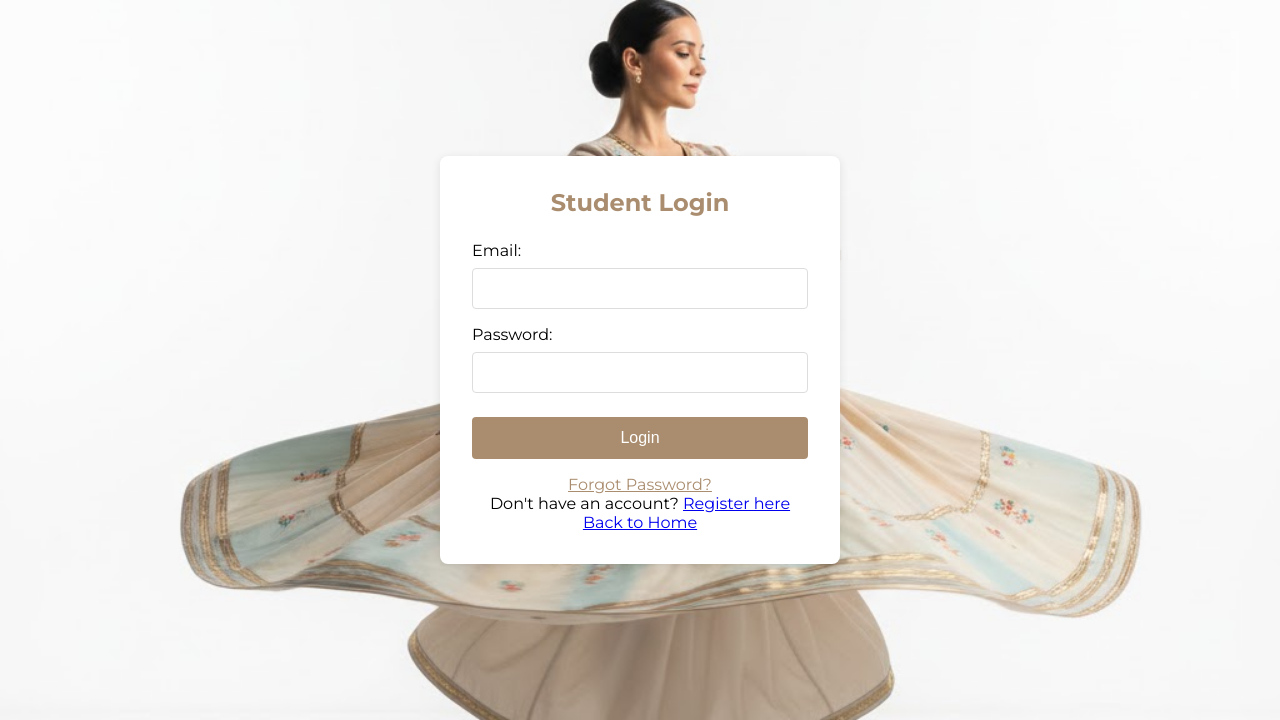
Repository: Priyadharshini-J-CSE/StepSync_Dance_Mangement_System
Page: /user-login (app in frontend/)
These files come from the project's save history. The page is drawn as it stood at one moment and after a run of saves; the edit follows.
The browser window is 1280 px wide. The pictures show the whole page.
Some web fonts or font styles are not loaded; a fallback is used. Some web libraries are served in a nearby version. The project was rebuilt for these pictures with package versions that can differ from the ones it lists, and the page was loaded fresh each time. Also part of the build but not shown: frontend/src/index.css, frontend/src/pages/LandingPage.js, frontend/src/components/Alert.js, frontend/src/pages/AdminLogin.js, frontend/src/utils/passwordValidation.js, frontend/src/pages/UserRegister.js, frontend/src/pages/AdminRegister.js, frontend/src/pages/ForgotPassword.js and 18 more.

Above is the page before, as saved 2025-12-18 09:56:06.

After the next 3 saves:
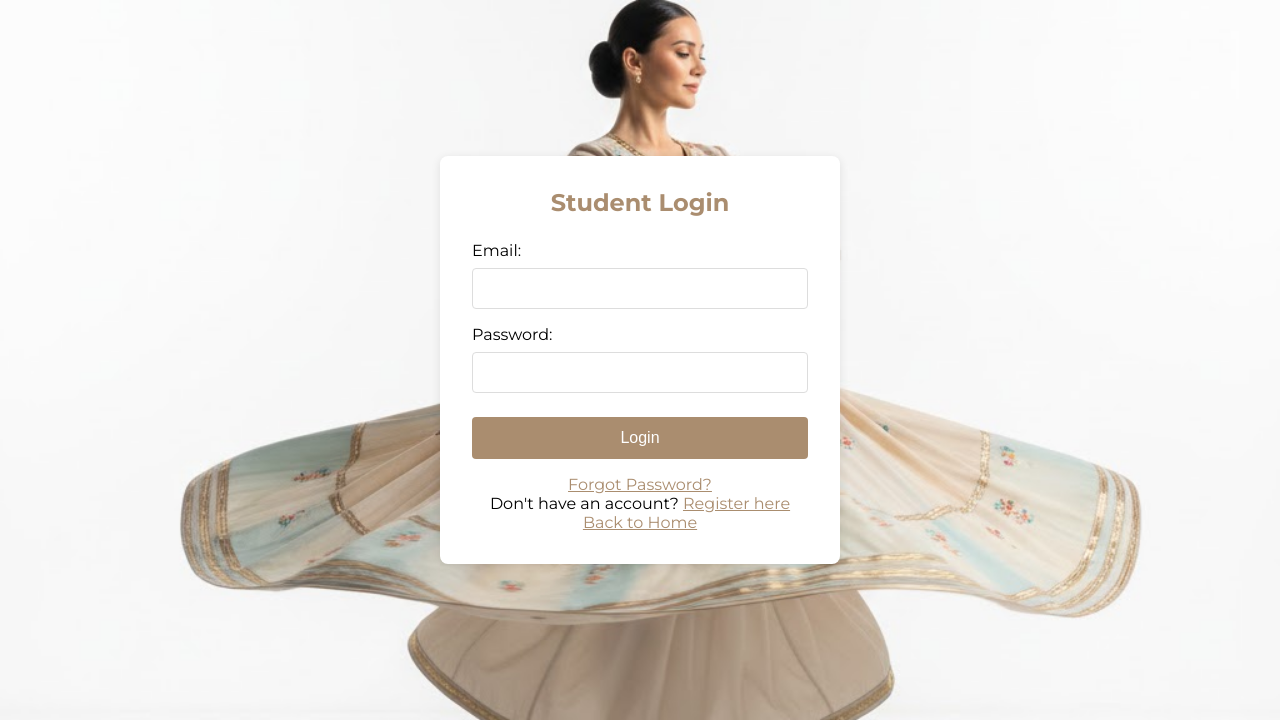
The 3 saves are shown as one change because 1 did not build or start and some came seconds apart.
The last was saved 21 s later.
--- a/frontend/src/pages/UserLogin.js
+++ b/frontend/src/pages/UserLogin.js
@@ -103,8 +103,8 @@ const UserLogin = () => {
 
         <div style={{ textAlign: 'center', marginTop: '1rem' }}>
           <p><Link to="/forgot-password" style={{ color: '#aa8d6f' }}>Forgot Password?</Link></p>
-          <p>Don't have an account? <Link to="/user-register">Register here</Link></p>
-          <p><Link to="/">Back to Home</Link></p>
+          <p>Don't have an account? <Link to="/user-register" style={{ color: '#aa8d6f' }}>Register here</Link></p>
+          <p><Link to="/" style={{ color: '#aa8d6f' }}>Back to Home</Link></p>
         </div>
       </form>
     </div>
